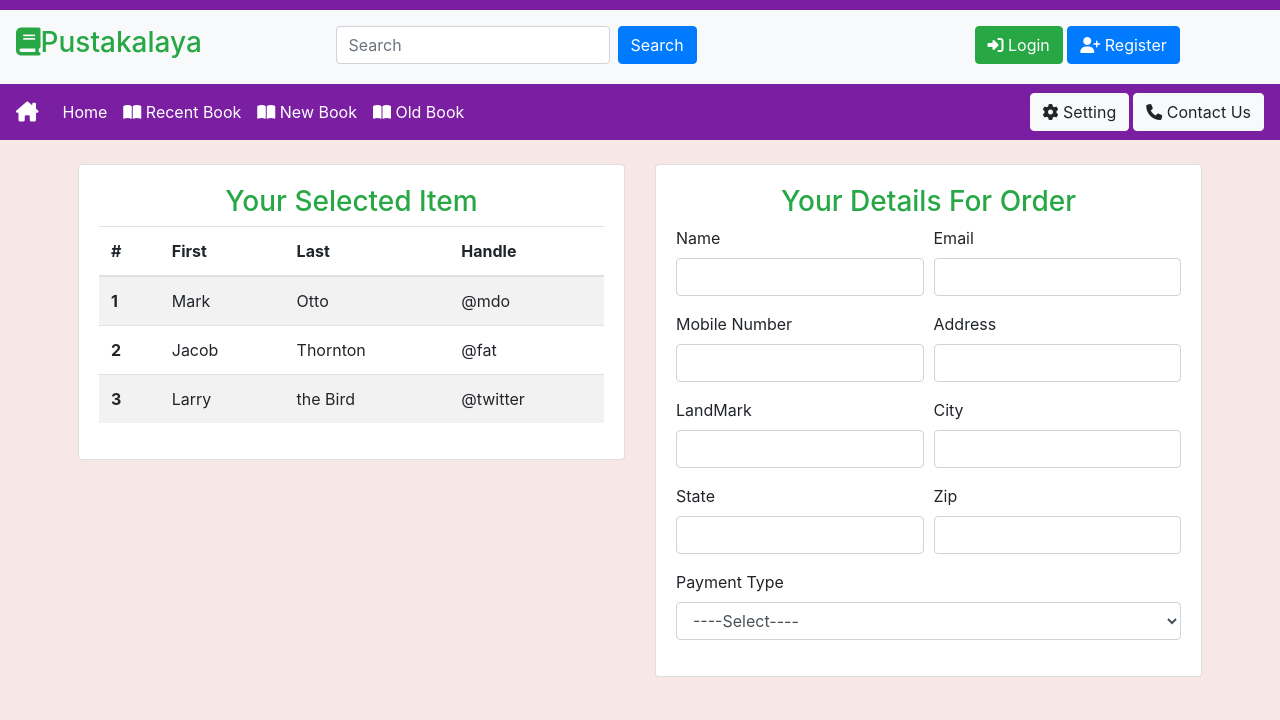
Repository: kalaprabhakar/Pustakalay_Web_Application
Page: http://localhost/E_Book_Management/cart.jsp
An editor plug-in stored every save of this project. The page is shown before and after the next save, followed by the edit.
The browser window is 1280 px wide. The pictures show the whole page.
Some web libraries are served in a nearby version. The page is served by Tomcat 10.

Above is the page before, as saved 2024-02-23 02:43:41.

After the next save:
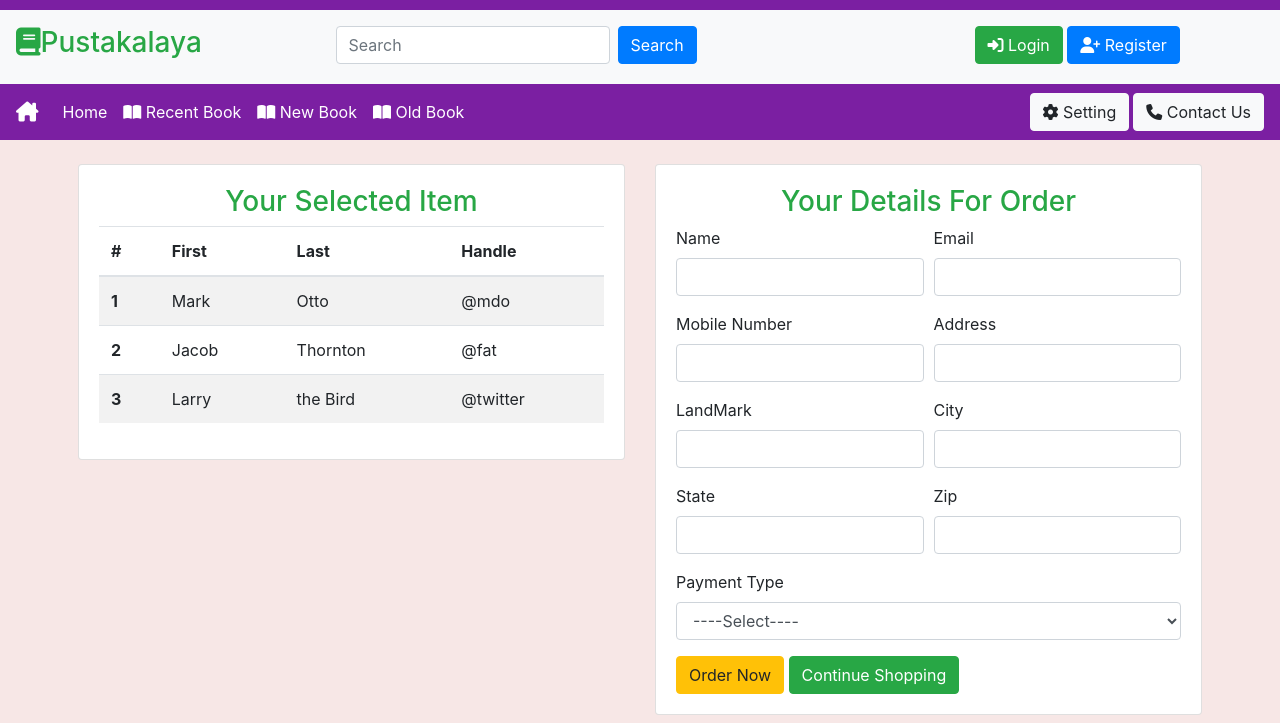
Saved 3 min 36 s later.
--- a/E_Book_Management/src/main/webapp/cart.jsp
+++ b/E_Book_Management/src/main/webapp/cart.jsp
@@ -108,7 +108,12 @@
 								</select>
 							</div>
 
-						</form>
+							<div>
+							<button class="btn btn-warning">Order Now</button>
+							<a href="index.jsp" class="btn btn-success">Continue Shopping</a>
+							</div>
+
+						</form >
 					</div>
 
 				</div>
